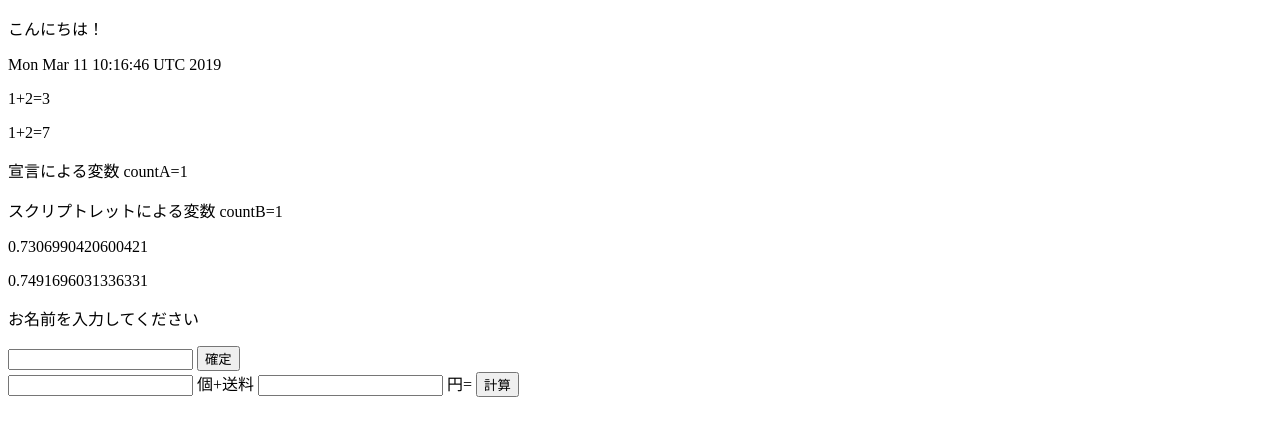
Repository: izumiisme/test
Page: http://localhost/HelloJSP/
An editor plug-in stored every save of this project. The page is shown before and after the next save, followed by the edit.
The browser window is 1280 px wide. The pictures show the whole page.
The page is served by Tomcat 9.

Above is the page before, as saved 2019-03-11 11:58:48.

After the next save:
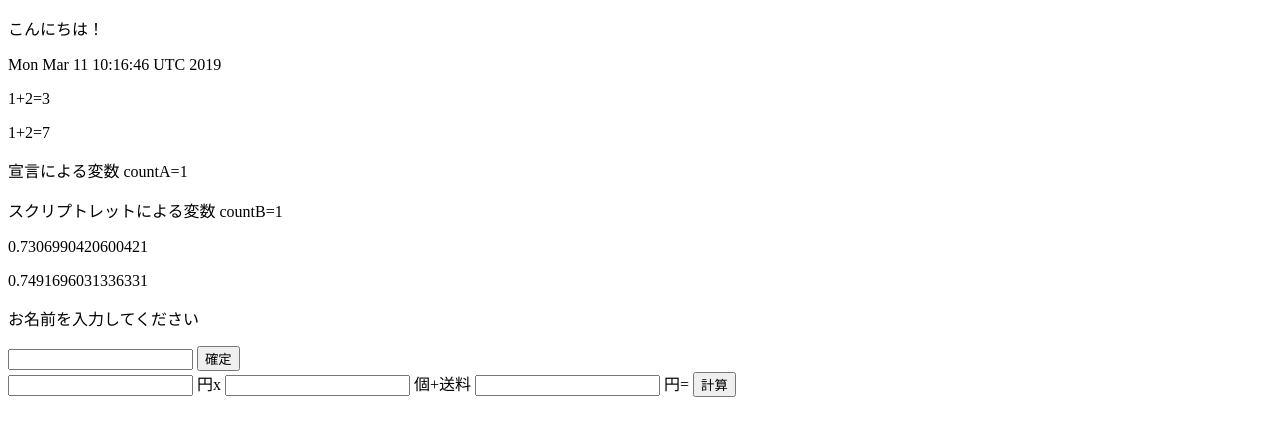
Saved 6 min 1 s later.
--- a/HelloJSP/WebContent/index.jsp
+++ b/HelloJSP/WebContent/index.jsp
@@ -46,7 +46,7 @@ countB++;
 </form>
 
 <form method="post" action="total-out.jsp">
-<input type="text" name="price"
+<input type="text" name="price">
 円x
 <input type="text" name="count">
 個+送料
